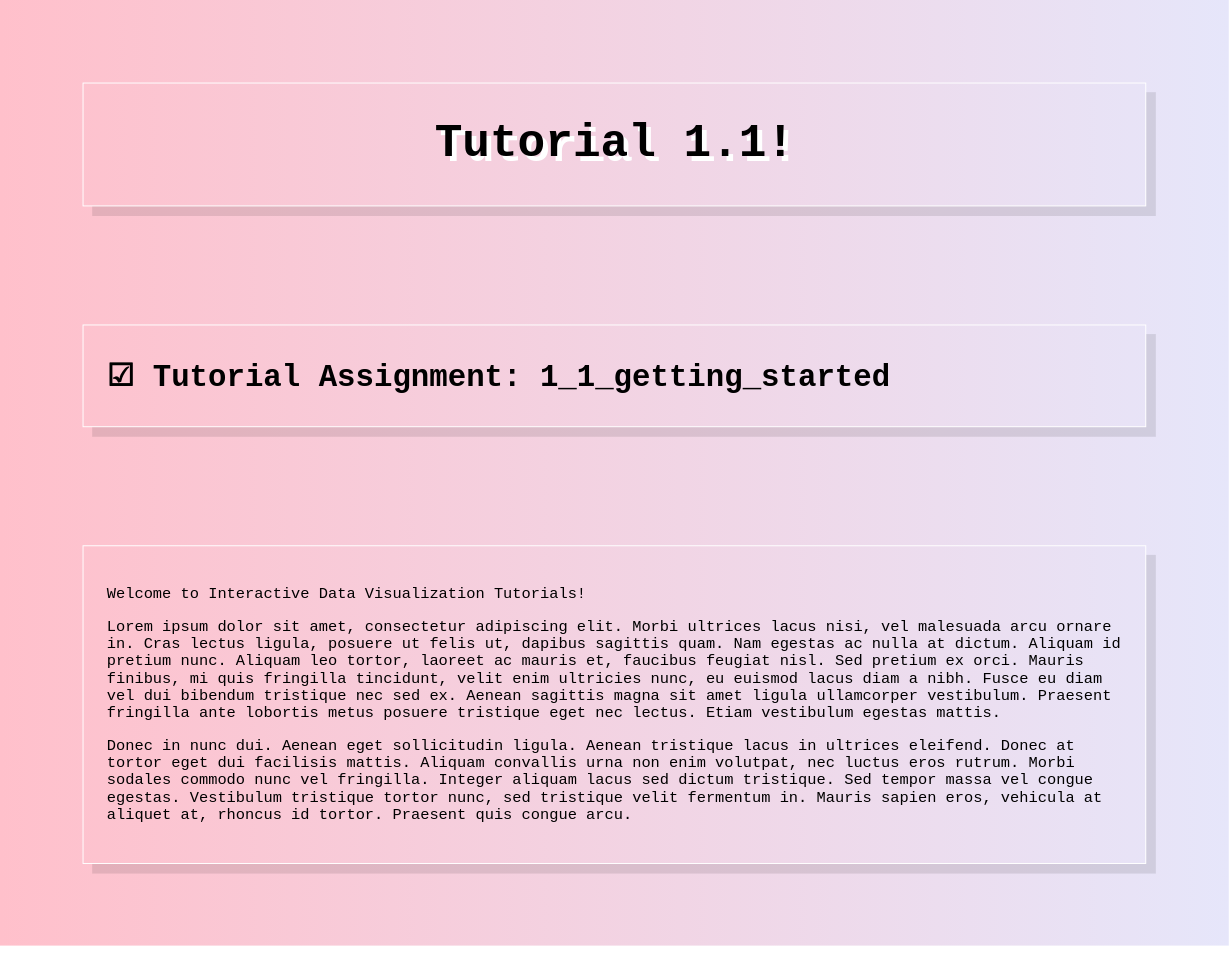
Repository: lisjak/Interactive-Data-Vis-Fall2022
Page: 1_1_getting_started/index.html
An editor plug-in stored every save of this project. The page is shown before and after the next save, followed by the edit.
The browser window is 1280 px wide. The pictures show the whole page, at 96% of full size.
Some web fonts or font styles are not loaded; a fallback is used.

Above is the page before, as saved 2022-09-04 22:07:01.

### 1_1_getting_started/index.html
<!DOCTYPE html>

<head>
    <meta charset="utf-8">

    <title>Interactive Data Visualization Tutorial</title>

    <link href="https://fonts.googleapis.com/css2?family=Azeret+Mono&display=swap" rel="stylesheet">

    <link rel="stylesheet" href="./style.css">
</head>

<body>
    <div>
        <h1>
            Tutorial 1.1!
        </h1>
    </div>
    <div>
        <h3>
            &#9745; Tutorial Assignment: 1_1_getting_started
        </h3>
    </div>
    <div>
        <p>
            Welcome to Interactive Data Visualization Tutorials!
        </p>

        <p>
            Lorem ipsum dolor sit amet, consectetur adipiscing elit. Morbi ultrices lacus nisi, vel malesuada arcu ornare in. Cras lectus ligula, posuere ut felis ut, dapibus sagittis quam. Nam egestas ac nulla at dictum. Aliquam id pretium nunc. Aliquam leo tortor,
            laoreet ac mauris et, faucibus feugiat nisl. Sed pretium ex orci. Mauris finibus, mi quis fringilla tincidunt, velit enim ultricies nunc, eu euismod lacus diam a nibh. Fusce eu diam vel dui bibendum tristique nec sed ex. Aenean sagittis magna
            sit amet ligula ullamcorper vestibulum. Praesent fringilla ante lobortis metus posuere tristique eget nec lectus. Etiam vestibulum egestas mattis.
        </p>

        <p>
            Donec in nunc dui. Aenean eget sollicitudin ligula. Aenean tristique lacus in ultrices eleifend. Donec at tortor eget dui facilisis mattis. Aliquam convallis urna non enim volutpat, nec luctus eros rutrum. Morbi sodales commodo nunc vel fringilla. Integer
            aliquam lacus sed dictum tristique. Sed tempor massa vel congue egestas. Vestibulum tristique tortor nunc, sed tristique velit fermentum in. Mauris sapien eros, vehicula at aliquet at, rhoncus id tortor. Praesent quis congue arcu.
        </p>
    </div>
</body>

</html>

### 1_1_getting_started/style.css
body {
    background-image: linear-gradient(to right, pink, lavender);
    font-family: 'Azeret Mono', monospace;
    font-size: 16px;
    padding: 1em;
    display: flex;
    flex-direction: column;
}

div {
    align-items: center;
    justify-content: center;
    border: 1px solid white;
    padding: 2%;
    margin: 5%;
    box-shadow: 10px 10px 0px rgb(0 0 0 / 0.1);
    transition: 0.5s;
}

div:hover {
    border: 5px solid white;
    transition: 0.5s;
    box-shadow: 10px 10px 0px rgb(0 0 0 / 0.2);
}

div h1 {
    font-size: 3em;
    margin: 0.25em 0;
    text-shadow: 5px 5px 0px white;
    text-align: center;
    font-weight: bold;
}

h3 {
    font-size: 2em;
    margin: 0.25em 0;
}

p {
    font-size: 1em;
    color: black;
}

After the next save:
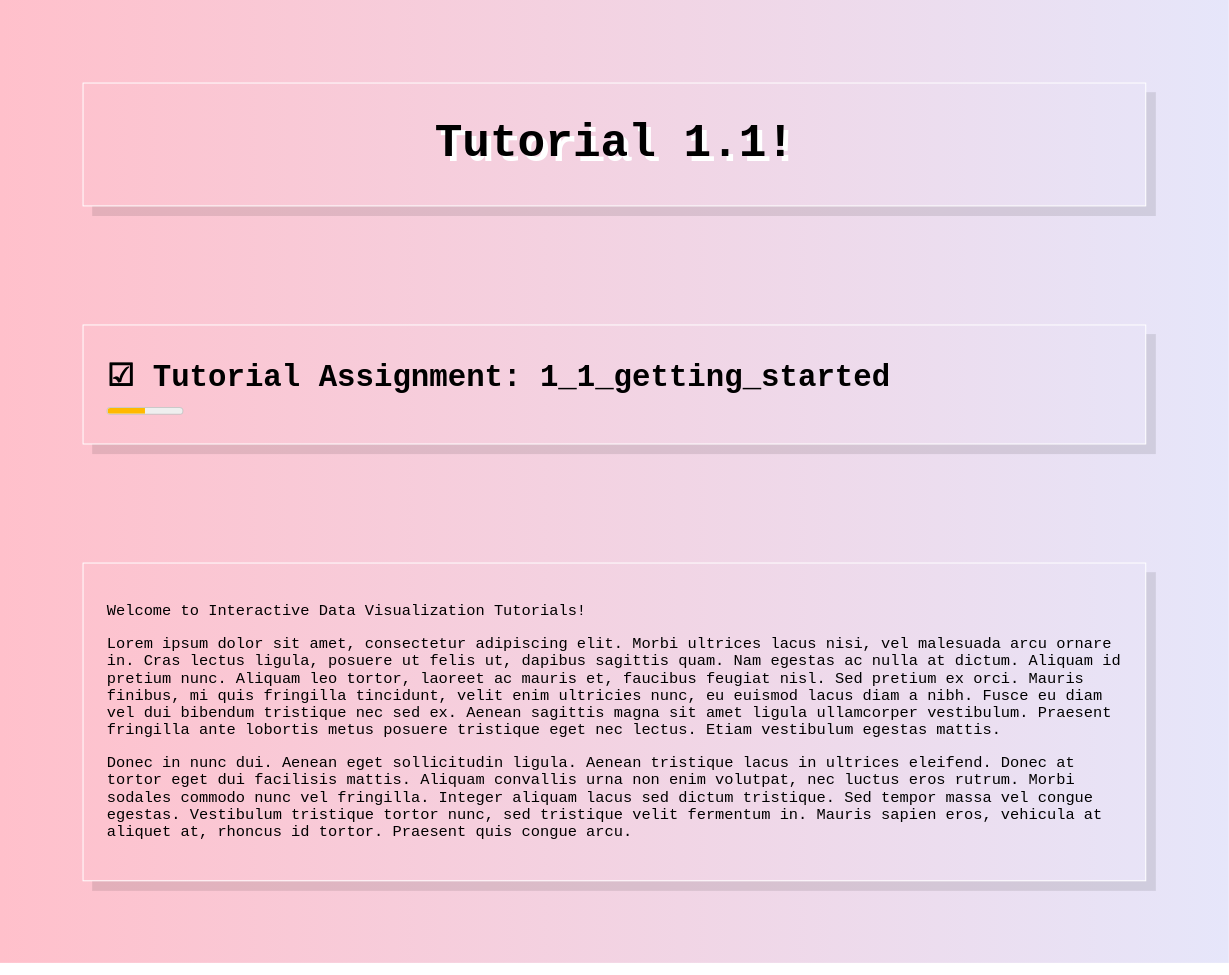
Saved 3 min 39 s later.
--- a/1_1_getting_started/index.html
+++ b/1_1_getting_started/index.html
@@ -20,6 +20,8 @@
         <h3>
             &#9745; Tutorial Assignment: 1_1_getting_started
         </h3>
+
+        <meter min="0" max="100" low="59" high="90" optimum="90" value="50">50%</meter>
     </div>
     <div>
         <p>
